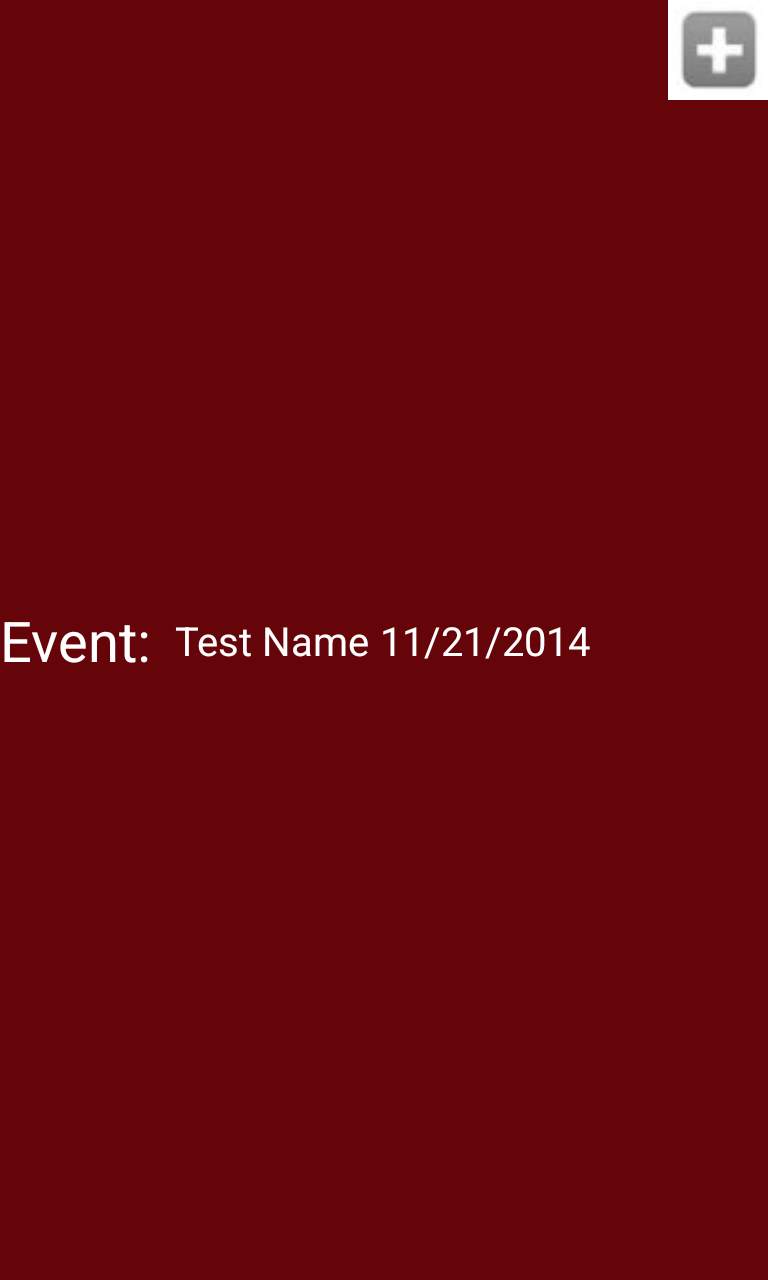
Repository: jannelg92/ANDROIDAPP
Layout: GEOINNOVATION/TAMUgis-dayEvents/res/layout/event_calendar_item.xml
The author's editor kept a copy of each file at every save. The layout is drawn from the files as they stood at one save, then again after the next save.
It is drawn on a 768 x 1280 px phone screen (xhdpi) without system bars, with theme AppTheme; the app's code is not run. The app's manifest (not shown) leaves right-to-left support off. So textAlignment, textDirection and layoutDirection are ignored, and left and right values win over start and end ones.

Above is the layout before, as saved 2014-04-23 02:42:44.

### GEOINNOVATION/TAMUgis-dayEvents/res/layout/event_calendar_item.xml
<?xml version="1.0" encoding="utf-8"?>
<RelativeLayout xmlns:android="http://schemas.android.com/apk/res/android"
    android:layout_width="match_parent"
    android:layout_height="50dp"
    android:id="@+id/eventCalendarListitem"
    android:layout_marginBottom="60dp"
    android:orientation="horizontal"
    android:background="@drawable/offmaroon_back" >

           <!-- icon -->

		   <TextView
		       android:id="@+id/event_label"
		       android:layout_width="wrap_content"
		       android:layout_height="wrap_content"
		       android:layout_centerVertical="true"
		       android:text="Event: "
		       android:textAlignment="center"
		       android:textColor="#ffffff"
		       android:textSize="@dimen/big_text" />

		      <!-- icon -->

		   <TextView
		       android:id="@+id/event_name"
		       android:layout_width="wrap_content"
		       android:layout_height="wrap_content"
		       android:layout_toRightOf="@id/event_label"
		       android:layout_centerVertical="true"
		       android:drawablePadding="10dp"
		       android:text=" Test Name "
		       android:textColor="#ffffff"
		       android:textSize="@dimen/mid_text" />

		 <TextView
		     android:id="@+id/event_date"
		     android:layout_width="wrap_content"
		     android:layout_height="wrap_content"
		     android:layout_toRightOf="@id/event_name"
		     android:layout_centerVertical="true"
		     android:textSize="@dimen/mid_text"
		     android:textColor="#ffffff"
		     android:text="11/21/2014" />

		 <!-- icon -->

		  <Button
		      android:id="@+id/event_more"
		      android:layout_width="50dp"
		      android:layout_height="50dp"
		      android:layout_alignParentRight="true"
		      android:layout_alignParentTop="true"
		      android:drawablePadding="10dp"
		      android:src="@drawable/plus_square"
		      android:background="@drawable/plus_square" />

</RelativeLayout>

### GEOINNOVATION/TAMUgis-dayEvents/res/values/dimens.xml
<resources>

   <dimen name="activity_horizontal_margin">16dp</dimen>
    <dimen name="activity_vertical_margin">16dp</dimen>

    <dimen name="big_text">28dip</dimen>
    <dimen name="mid_text">20dip</dimen>
    <dimen name="small_text">16dip</dimen>
    <dimen name="return_w">50dp</dimen>
    <dimen name="return_h">50dp</dimen>
    <dimen name="text_sizeW">70dp </dimen>
    <dimen name="text_sizeH">70dp</dimen>
    <dimen name="button_w">200dp </dimen>
    <dimen name="button_h">60dp </dimen>
    <!--
         Per the design guidelines, navigation drawers should be between 240dp and 320dp:
         https://developer.android.com/design/patterns/navigation-drawer.html
    -->
    <dimen name="navigation_drawer_width">277dp</dimen>

</resources>

Loaded but not shown: GEOINNOVATION/TAMUgis-dayEvents/res/values/styles.xml (common file); GEOINNOVATION/TAMUgis-dayEvents/res/values-v11/styles.xml (common file); GEOINNOVATION/TAMUgis-dayEvents/res/values-v14/styles.xml (common file)

After the next save:
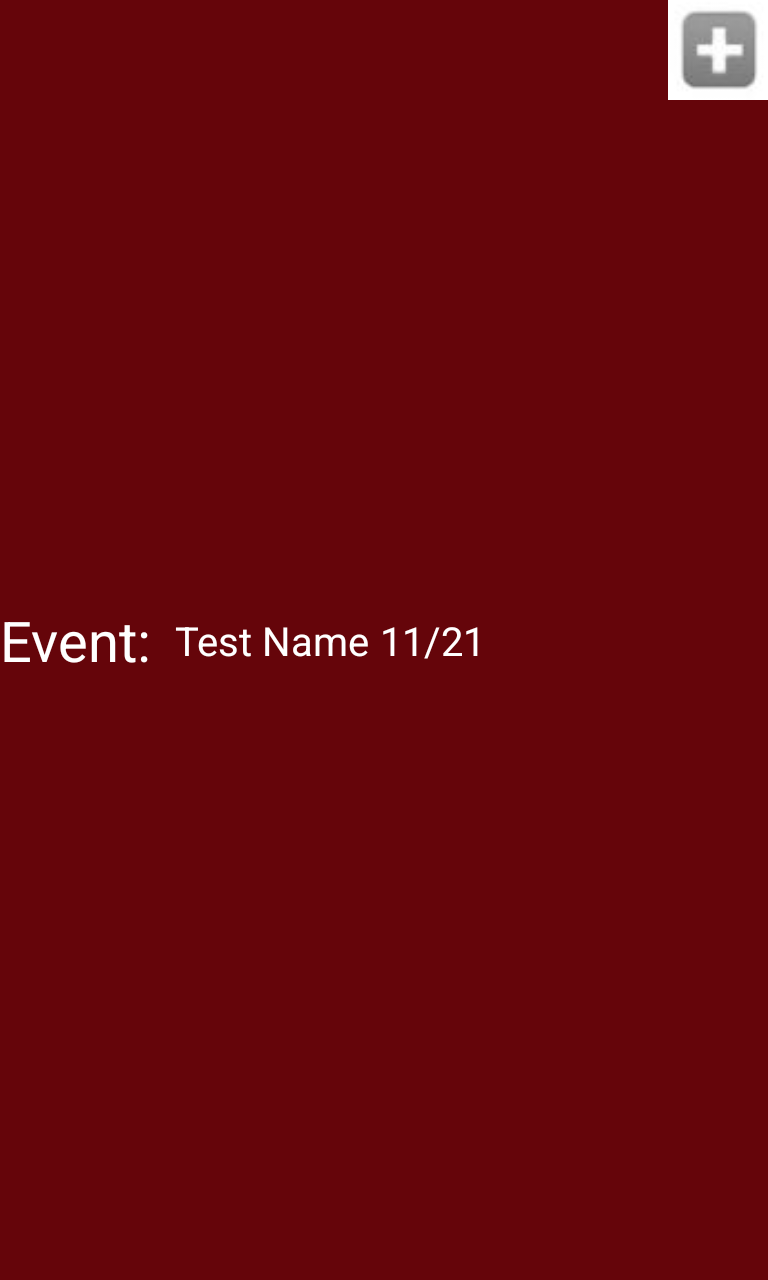
Saved 6 s later.
--- a/GEOINNOVATION/TAMUgis-dayEvents/res/layout/event_calendar_item.xml
+++ b/GEOINNOVATION/TAMUgis-dayEvents/res/layout/event_calendar_item.xml
@@ -40,7 +40,7 @@
 		     android:layout_centerVertical="true"
 		     android:textSize="@dimen/mid_text"
 		     android:textColor="#ffffff"
-		     android:text="11/21/2014" />
+		     android:text="11/21" />
 
 		 <!-- icon -->
 
